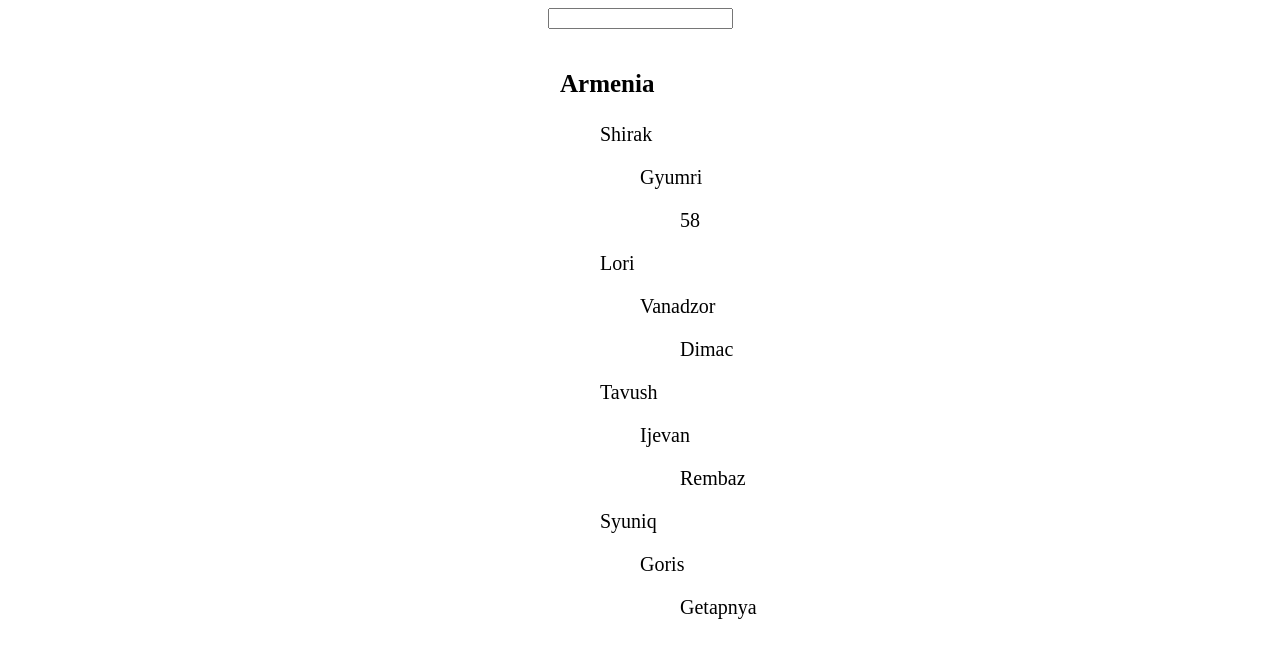
Repository: Seryozha02/DOM
Page: index.html
An editor plug-in stored every save of this project. The page is shown before and after a run of saves, followed by the edit.
The browser window is 1280 px wide. The pictures show the whole page.

Above is the page before, as saved 2022-09-19 18:08:03.

### index.html
<!DOCTYPE html>
<html lang="en">
<head>
    <meta charset="UTF-8">
    <meta http-equiv="X-UA-Compatible" content="IE=edge">
    <meta name="viewport" content="width=device-width, initial-scale=1.0">
    <title>Document</title>
</head>
<body>
    <style>
        #li0 > p{
            font-size: 25px;
            font-weight: bold;
        }
        #root {
            display: flex;
            justify-content: center;
            flex-direction: column;
            align-items: center;
        }
        ul {
            list-style: none;
            width: 200px;
        }
        ul li {
            margin: 15px 0;
            font-size: 20px;
            cursor: pointer;

        }
        .myClass{
            display: none;
        }
    </style>
    <div id="root">
        <form>
            <input type="text" onchange="find(value)">
        </form>
    </div>

    <script src="./script.js"></script>
</body>
</html>

### script.js
let arr = [{
  id: 0,
  name: 'Armenia',
  parentId: null
}, {
  id: 1,
  name: 'Shirak',
  parentId: 0
}, {
  id: 2,
  name: 'Lori',
  parentId: 0
}, {
  id: 3,
  name: 'Tavush',
  parentId: 0
}, {
  id: 4,
  name: 'Syuniq',
  parentId: 0
}, {
  id: 5,
  name: 'Gyumri',
  parentId: 1
}, {
  id: 6,
  name: 'Vanadzor',
  parentId: 2
}, {
  id: 7,
  name: 'Ijevan',
  parentId: 3
}, {
  id: 8,
  name: 'Goris',
  parentId: 4
}, {
  id: 9,
  name: '58',
  parentId: 5
}, {
  id: 10,
  name: 'Dimac',
  parentId: 6
}, {
  id: 11,
  name: 'Rembaz',
  parentId: 7
}, {
  id: 12,
  name: 'Getapnya',
  parentId: 8
}]


const func = (elems, id = null) => {
return  elems.filter(elem => elem.parentId === id)
.map(elem => ({...elem, children : func(elems,elem.id)}))
}
let arr2 = func(arr)

let root = document.getElementById("root")

function makeTable(array){
root.innerHTML += `
  <ul id = "genUl">
    <li id = "li${array[0].id}"'><p id = 'p${array[0].id}'>${array[0].name}</p></li>
  </ul>
`
makeUl(array[0].children)

}

function makeUl(arr){
if(arr.length == 0){
  return
}else{
  for(let i = 0; i < 1; i++){
    arr.forEach(obj => {
      document.getElementById(`li${obj.parentId}`).innerHTML += `
      <ul>
        <li id = "li${obj.id}"><p id = 'p${obj.id}'>${obj.name}</p></li>
      </ul>
      `
      makeUl(obj.children)
    })
  }
}
}
makeTable(arr2)

let list = document.querySelectorAll("p")
function find(value){
list.forEach(p => {
 p.style.display = "block"
})
list.forEach(p => {
  let text = p.innerText.toLowerCase()
  if(value.length !== 0){
    if(text.slice(0, value.length) !== value.toLowerCase()){
      p.style.display = 'none'
    }
  }
})
}

list.forEach(p => {
p.addEventListener('click', function opClose(ev){
  for(let i = 1; i < p.parentElement.children.length; i++)
    p.parentElement.children[i].classList.toggle('myClass')
})
})

After the next 2 saves:
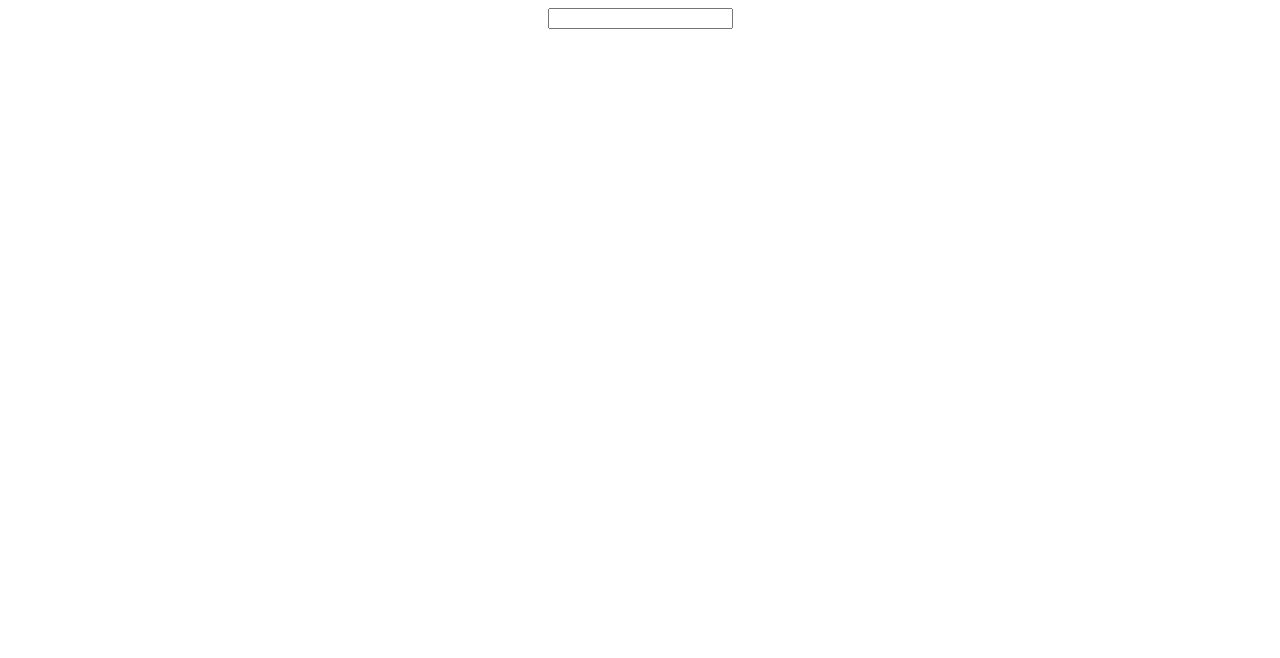
Console error: ReferenceError: makeTable is not defined
The 2 saves are shown as one change because they came seconds apart.
The last was saved 118 s later.
--- a/script.js
+++ b/script.js
@@ -61,7 +61,7 @@
 
 let root = document.getElementById("root")
 
-function makeTable(array){
+function tbl(array){
 root.innerHTML += `
   <ul id = "genUl">
     <li id = "li${array[0].id}"'><p id = 'p${array[0].id}'>${array[0].name}</p></li>

After the 2 saves that followed:
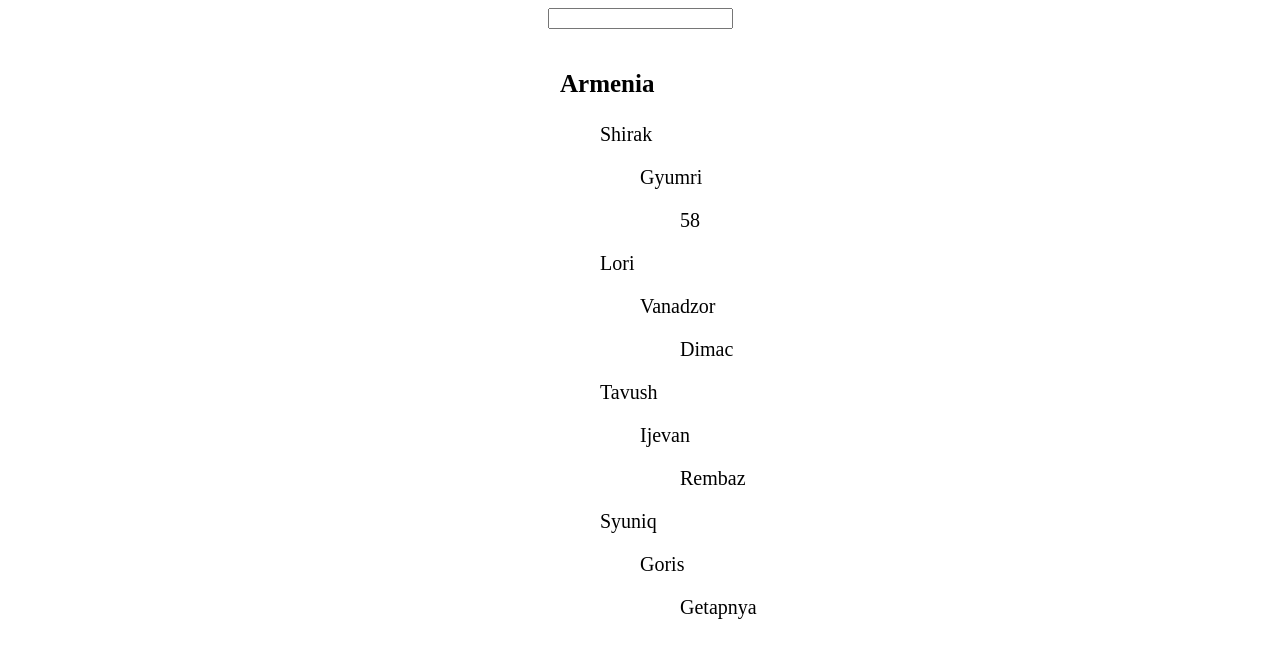
The error is gone.
The 2 saves are shown as one change because they came seconds apart.
The last was saved 9 s later.
--- a/script.js
+++ b/script.js
@@ -61,7 +61,7 @@
 
 let root = document.getElementById("root")
 
-function tbl(array){
+function makeTable(array){
 root.innerHTML += `
   <ul id = "genUl">
     <li id = "li${array[0].id}"'><p id = 'p${array[0].id}'>${array[0].name}</p></li>
